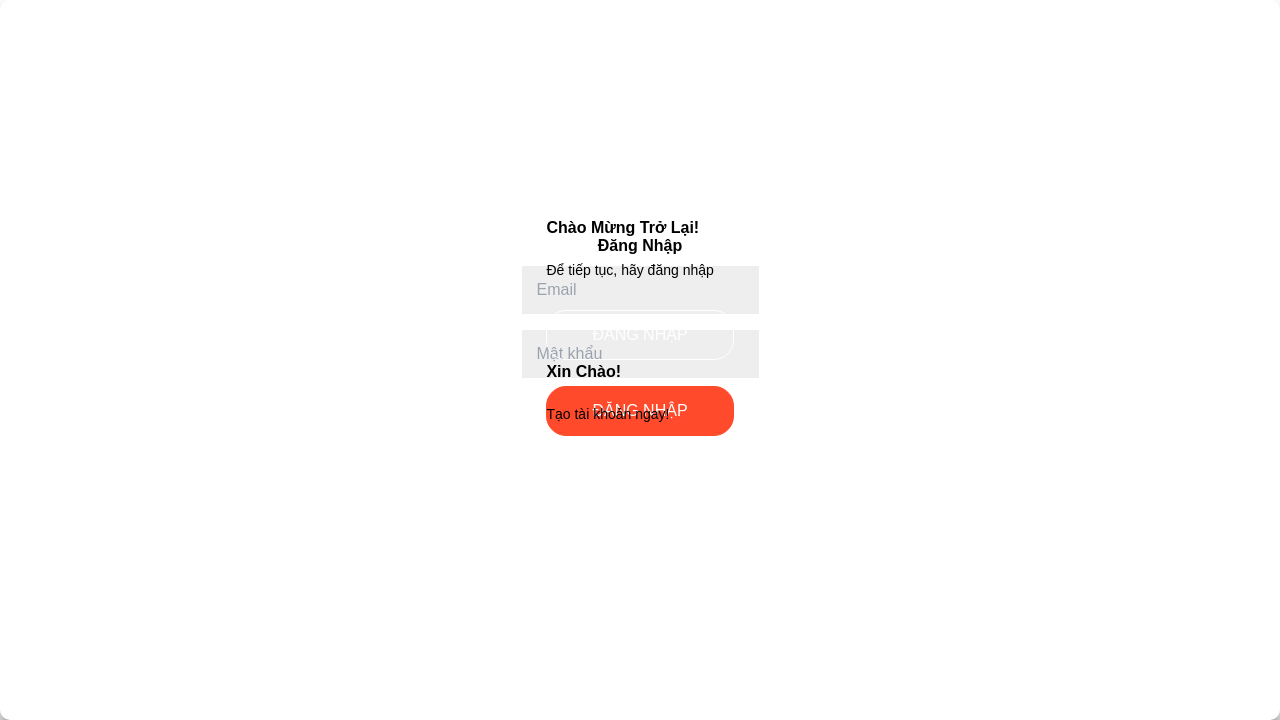
Repository: BlackWolf2002/project_airbn_react
Page: /
An editor plug-in stored every save of this project. The page is shown before and after the next save, followed by the edit.
The browser window is 1280 px wide. The pictures show the whole page.
The project was rebuilt for these pictures with package versions that can differ from the ones it lists, and the page was loaded fresh each time. Also part of the build but not shown: vite.config.js.

Above is the page before, as saved 2025-02-04 23:36:24.

After the next save:
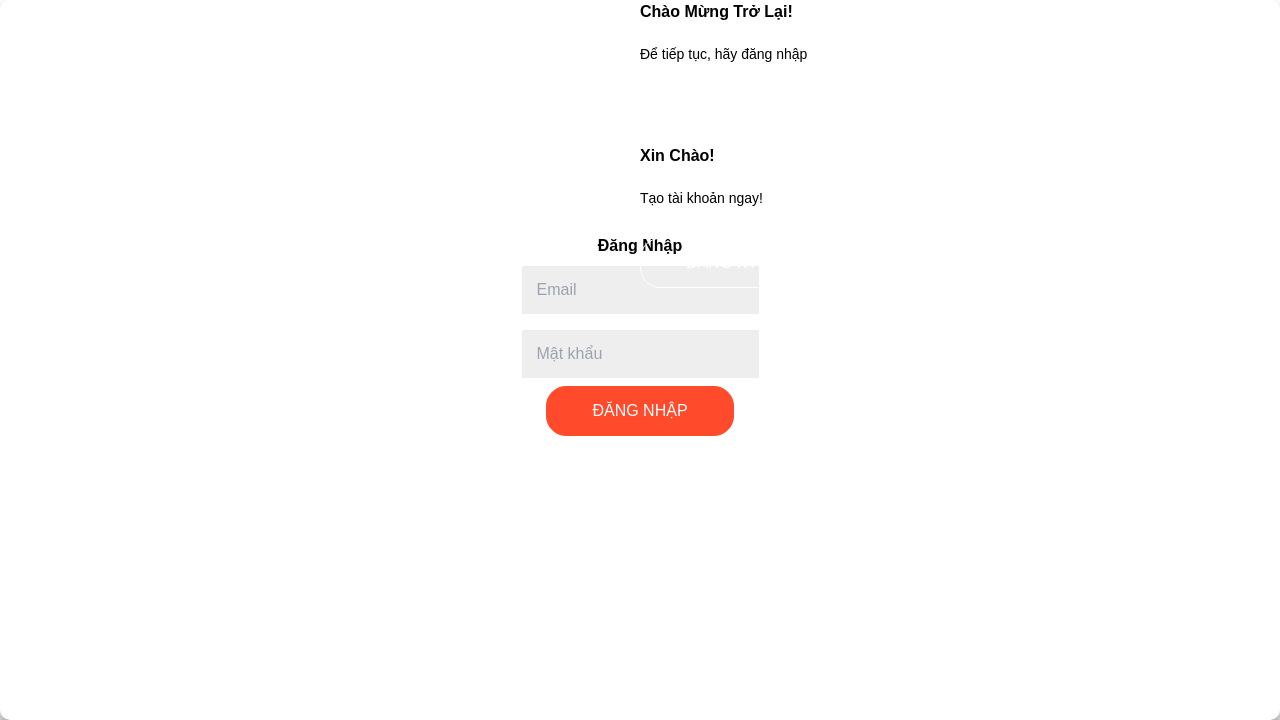
Saved 52 s later.
--- a/src/style/Login.css
+++ b/src/style/Login.css
@@ -61,4 +61,9 @@
 
 .overlay-container {
     position: absolute;
+    top: 0;
+    left: 50%;
+    width: 50%;
+    height: 100%;
+    transition: transform 0.6s ease-in-out;
 }
